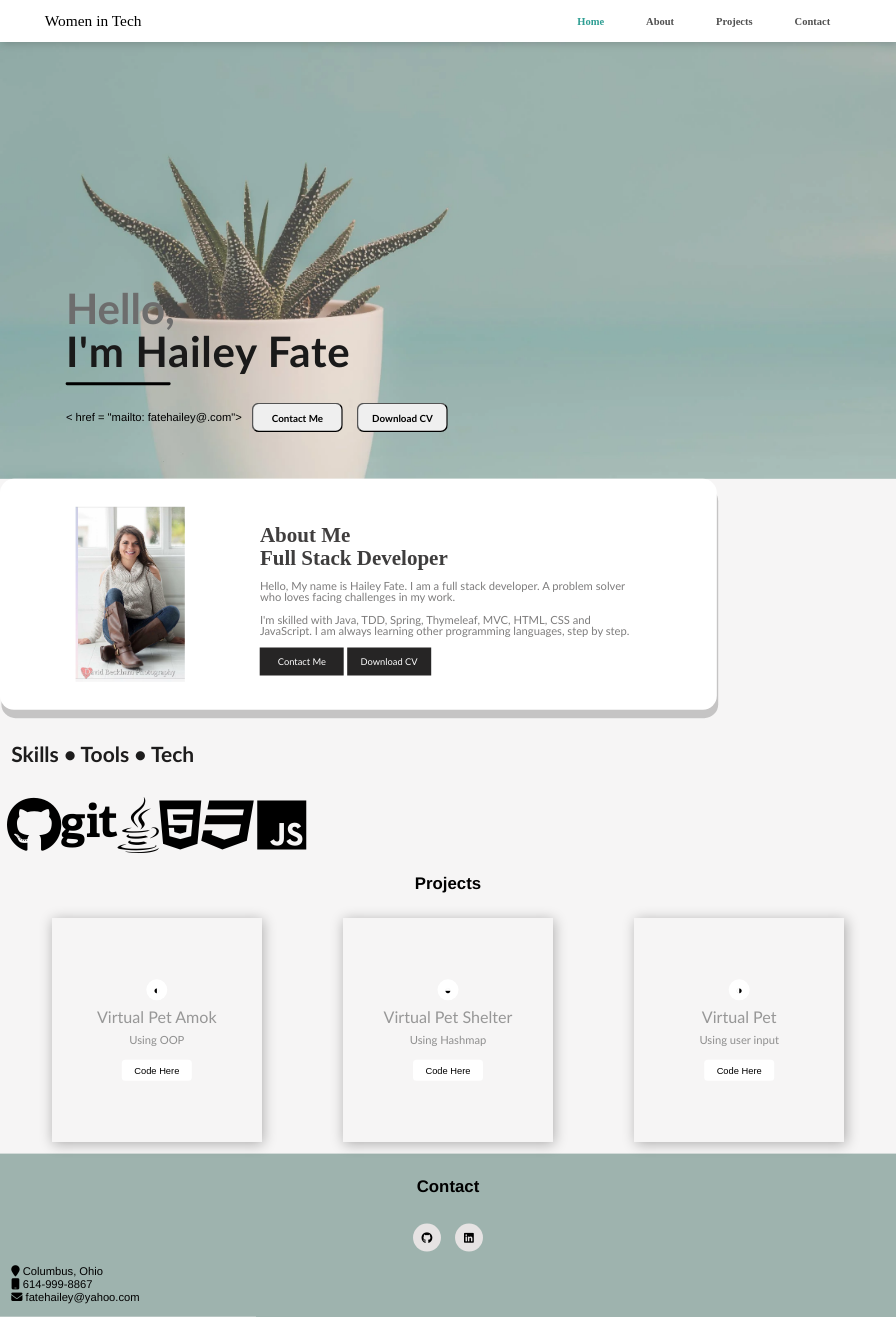
Repository: fatehailey/fatehailey.github.io
Page: index.html
The author's editor kept a copy of each file at every save. The page is drawn from the files as they stood at one save, then again after the next save.
The browser window is 1280 px wide. The pictures show the whole page, at 70% of full size.
Some web libraries are served in a nearby version.

Above is the page before, as saved 2022-07-25 15:17:34.

### index.html
<!DOCTYPE html>
<html lang="en">

<head>
    <meta charset="UTF-8">
    <meta http-equiv="X-UA-Compatible" content="IE=edge">
    <meta name="viewport" content="width=device-width, initial-scale=1.0">
    <title>Professional Portfolio Website</title>
    <link rel="stylesheet" type="text/css" href="./style.css">
    <script src="https://kit.fontawesome.com/aba5373111.js" crossorigin="anonymous"></script>
</head>
<section>
    <!--------Navbar-->
    <nav>
        <header class="logo"> Women in Tech</header>
        <!--menu-->
        <ul>
            <li><a href="#" class="active">Home</a></li>
            <li><a href="#about">About</a></li>
            <li><a href="#projects">Projects</a></li>
            <li><a href="#contact-form">Contact</a></li>
        </ul>
    </nav>
    <!--text-->
    <div class="text-container">
        <p>Hello,</p>
        <p>I'm Hailey Fate</p>
        <p class="line"></p>
        < href = "mailto: fatehailey@.com">
        <button id="contact-form">Contact Me</a>
        <a href="Resume -JAVA.pdf">
            <button>Download CV</button>
        </a>

    </div>
</section>
<div class="about-container">
    <!--img-->
    <img src="20638533_10207488042478732_6104525529025967976_n.jpg" />
    <!--about-me-text-->
    <div class="about-text">
        <p id="about">About Me</p>
        <p>Full Stack Developer</p>
        <p>Hello, My name is Hailey Fate. I am a full stack developer. A problem solver who loves facing challenges in
            my work. </p>
        <p>I'm skilled with Java, TDD, Spring, Thymeleaf, MVC, HTML, CSS and JavaScript. I am always learning other
            programming languages, step by step.</p>
        <button id="contacts">Contact Me</button>
        <button onclick="Resume -JAVA.pdf">Download CV</button>
    </div>
</div>

<!--Project-->
<div class="skills">
    <!--text-->
    <div class="skills-text ">
        <p>Skills • Tools • Tech</p>
    </div>
    <div class="column">
        <i class="fa-brands fa-github"></i>
        <i class="fa-brands fa-git"></i>
        <i class="fa-brands fa-java"></i>
        <i class="fa-brands fa-html5"></i>
        <i class="fa-brands fa-css3"></i>
        <i class="fa-brands fa-js"></i>
    </div>
</div>
<h2 id="projects" style="text-align:center">Projects </h2>
<div class="box-container">
    <!--1------------->
    <div class="box-1">
        <span>◐</span>
        <p class="heading">Virtual Pet Amok</p>
        <p class="details">Using OOP</p>
        <a href="https://github.com/2022-April-Java-PT-Classroom/virtual-pet-amok-fatehailey">
            <button>Code Here</button>
        </a>
    </div>
    <!--2------------->
    <div class="box-2">
        <span>◒</span>
        <p class="heading">Virtual Pet Shelter</p>
        <p class="details">Using Hashmap</p>
        <a href="https://github.com/2022-April-Java-PT-Classroom/virtual-pet-shelter-fatehailey">
            <button>Code Here</button>
        </a>
    </div>
    <!--3------------->
    <div class="box-3">
        <span>◑</span>
        <p class="heading">Virtual Pet</p>
        <p class="details">Using user input</p>
        <a href="https://github.com/2022-April-Java-PT-Classroom/virtual-pet-fatehailey">
            <button>Code Here</button>
        </a>
    </div>
</div>
<footer>
    <div class="social-footer">
        <h2 id="contacts" style="text-align:center">Contact</h2>
        <div class="social-icons">
            <a href="https://github.com/fatehailey"><i class="fa-brands fa-github"></i></a>
            <a href="https://www.linkedin.com/in/haileyfate/"><i class="fa-brands fa-linkedin"></i></a>
        </div>
        <div class="place">
            <span class="fa-solid fa-location-pin"></span>
            <span class="text">Columbus, Ohio</span>
        <div class="phone">
            <span class="fa-solid fa-mobile"></span>
            <span class="text">614-999-8867</span>
        </div>
        <div class="email">
            <span class="fa-solid fa-envelope"></span>
            <span class="text">fatehailey@yahoo.com</span>
        </div>

    </div>
</footer>
</body>
</html>

### style.css

body{
    background-color: #f6f5f5;
    margin: 0;
    padding: 0px;
    font-family: 'Franklin Gothic Medium', 'Arial Narrow', Arial, sans-serif;
}
ul{
    list-style: none;
}
a{
    text-decoration: none;
}
section{
    width: 100%;
    height: 95vh;
    background-image: url('pexels-photo-1445416.webp');
    background-repeat: no-repeat;
    background-size: cover;
}
nav{
    display: flex;
    justify-content: space-between;
    align-items: center;
    height: 60px;
    background-color: #FFFFFF;
    box-shadow: 2px 2px 12px rgba(0,0,0,0.2);
    padding: 0px 5%;
}
nav ul{
    display: flex ;
}
nav ul li a{
    margin:30px;
    font-family: myraid pro regular;
    color:#505050;
    font-size: 15px;
    font-weight: 700;
}
.logo{
    font-family: RoadTest;
    color: #000000;
    font-size: 22px;
}
.active{
   font-weight:bold;
   color: #2e9e93;
}
.text-container p:nth-child(1){
    font-family: calibri;
    font-weight: bold;
    color: #6d6d6d;
    font-size: 60px;
    padding-bottom: 1rem;
}
.text-container p:nth-child(2){
    font-family: calibri;
    font-weight: bold;
    letter-spacing: 1px;
    color: #1a1a1a;
    font-size: 60px;
}
.text-container p:nth-child(3){
    font-family: myrid pro regular;
    color: #403e3e;
    font-size: 30px;
    line-height: 30px;
}
.text-container p{
    line-height: 0px;
    margin: 45px 0px 25px;
}
.line{
    width: 150px;
    height: 4px;
    background: #000000;
    margin: 10px auto;
    border-radius: 5px;
}
.text-container{
    position: absolute;
    left: 13%;
    top:42%;
    transform: translate(-13%, 42%);
}
.text-container button{
    width:130px;
    height: 42px;
    border-radius: 10px;
    font-family: calibri;
    font-weight: bold;
    font-size: 14px;
    outline:none;
    margin:0px 10px;
}
.abtme{
    border:2px solid #373636;
    color: #373636;
}
.down-cv{
    background-color: #0b0b0b;
    color: #FFFFFF;
    border: none;
}
button:active{
    transform:scale(1.1);
}

.about-container{
    width: 80%;
    height:330px;
    background-color: #ffffff;
    border-radius: 20px;
    box-shadow: 2px 12px rgba(0,0,0,0.2);
    display:flex;
    position: relative;
    justify-content: space-evenly;
    align-items: center;
}
.about-container img{
    height: 250px;
    margin-left: 5px;
}

.about-text{
    width: 550px;
    margin-left: 5px;;

}
.about-text p:nth-child(1){
    color: #403e3e;
    font-family: myriad pro;
    font-weight: bold;
    font-size: 30px;
    line-height: 0px;
}
.about-text p:nth-child(2){
    color: #3e3d3d;
    font-size: 30px;
    font-family: myriad pro;
    font-weight: bold;
    line-height: 5px;
}
.about-text p:nth-child(3),
.about-text p:nth-child(4){
    color: #7e7d7d;
    font-size: 20pxpx;
    font-family: calibri;
    line-height: 16px;
}
.about-text button{
    width:120px;
    height:40px;
    color: #FFFFFF;
    outline: none;
    border:none;
    font-family: calibri;
    background-color: #262525;
}
.skills-text p:nth-child(1){
	font-family: calibri;
	font-weight:bold;
	color:#1d1c1c;
	font-size:30px;
	line-height:0px;
}
.skills-text{
    padding-top: 2rem;
    padding-bottom: 2rem;
    padding-left: 1rem;;
	width: 500px;
    display: flex;
}
.column
{
    flex: 50%;
    padding: 0 10px 10px;
    display: flex;
    flex-flow: row wrap;
    margin-bottom: 15px;
    font-size: 5rem;
}
.column img
{
    float: left;
    width:  100px;
    height: 100px;
    object-fit: cover;
}
.box-container{
	display:flex;
	justify-content: space-around;
    padding: 1rem;
}
.box-1,.box-2,.box-3{
	width: 300px;
	height:320px;
	background-repeat: no-repeat;
	background-size: cover;
	box-shadow:2px 2px 18px rgba(0,0,0,0.3);
	align-items: center;
	justify-content: center;
	display: flex;
	flex-direction: column;
	margin: 0px 20px;
}
.box-1 span,
.box-2 span,
.box-3 span{
	width:30px;
	height:30px;
	border-radius:50%;
	background-color:#ffffff;
	display: flex;
	justify-content: center;
	align-items:center;
	font-family: calibri;
	font-weight: bold;
}
.box-1 p:nth-child(2),
.box-2 p:nth-child(2),
.box-3 p:nth-child(2){
	color:#979797;
	font-family: calibri;
	font-size: 23px;
	line-height:0px;

}
.box-1 p:nth-child(3),
.box-2 p:nth-child(3),
.box-3 p:nth-child(3){
	font-family: calibri;
	color:#8F8F8F;
	text-align:center;
	width: 230px;
	margin:0px 0px 20px 0px;

}
.box-1 button,
.box-2 button,
.box-3 button{
	width:100px;
	height:30px;
	background-color:#FFFFFF;
	border:none;
	outline: none;
	border-radius:5px;
}
footer{
    background-color: #9eb3ae;
    height: 220px;
    width: 100%;
    min-height: 5rem;
    margin: auto;
    padding-top: 1%;
}
.place{
    padding-left: 1rem;

}

.social-icons a{
    width:40px;
    height:40px;
    display: flex;
    justify-content: center;
    align-items: center;
    background-color:#e6e3e3;
    margin:20px 10px;
    border-radius:50%;
}
.social-icons{
    display: flex;
    justify-content: center;
}

.social-icons i,.social i{
    color:#000000;
}
.social-icons a:hover{
    background-color:#000000;
    box-shadow:2px 2px 12px rgba(0,0,0,0.2);
    transition:all ease 0.5s;
}
.social-icons a:hover i,
.social a:hover i{
    color:#FFFFFF;
    transition:all ease 0.5s;
}

After the next save:
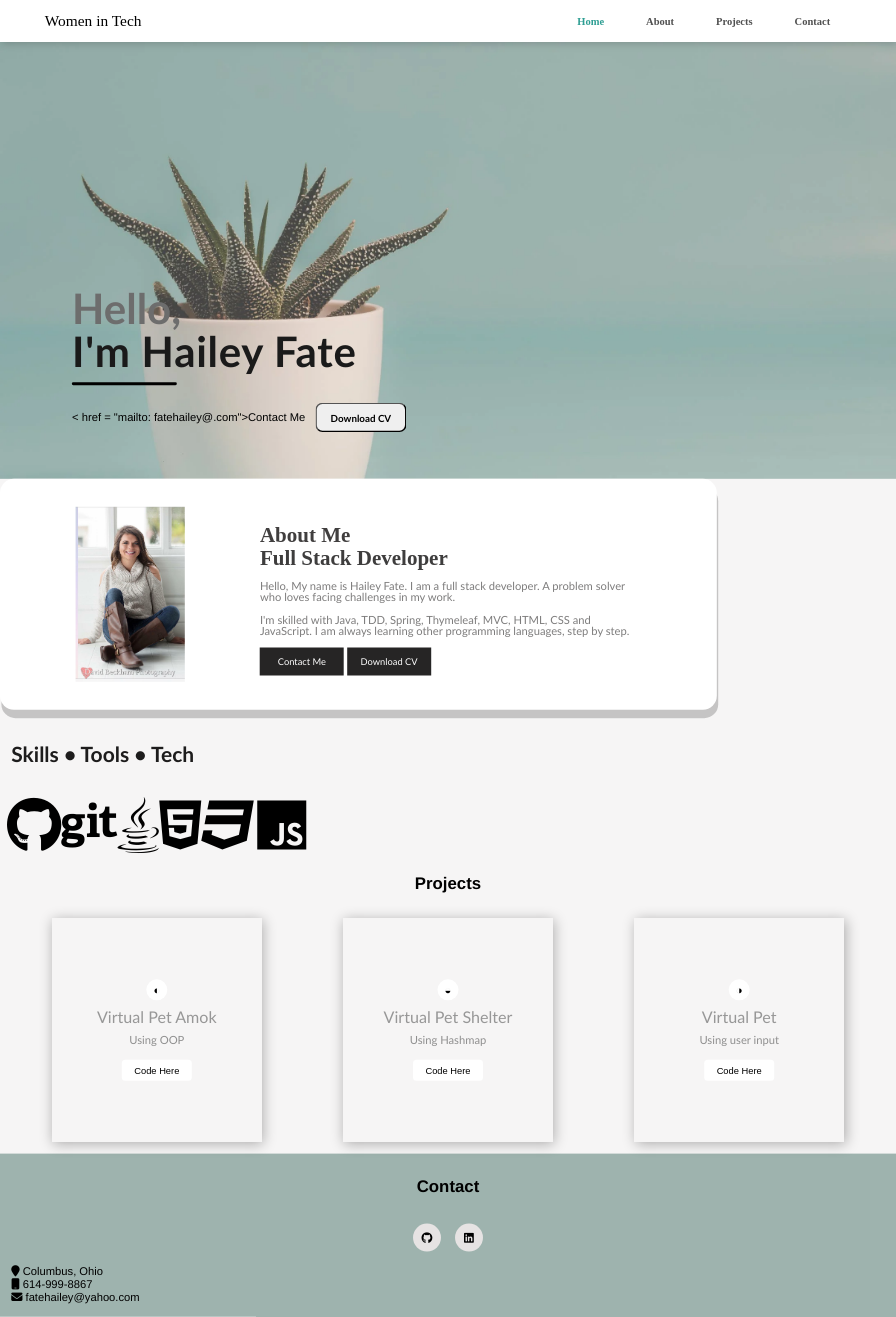
Saved 5 s later.
--- a/index.html
+++ b/index.html
@@ -26,7 +26,7 @@
         <p>Hello,</p>
         <p>I'm Hailey Fate</p>
         <p class="line"></p>
-        < href = "mailto: fatehailey@.com">
+        < href = "mailto: fatehailey@.com"></
         <button id="contact-form">Contact Me</a>
         <a href="Resume -JAVA.pdf">
             <button>Download CV</button>
